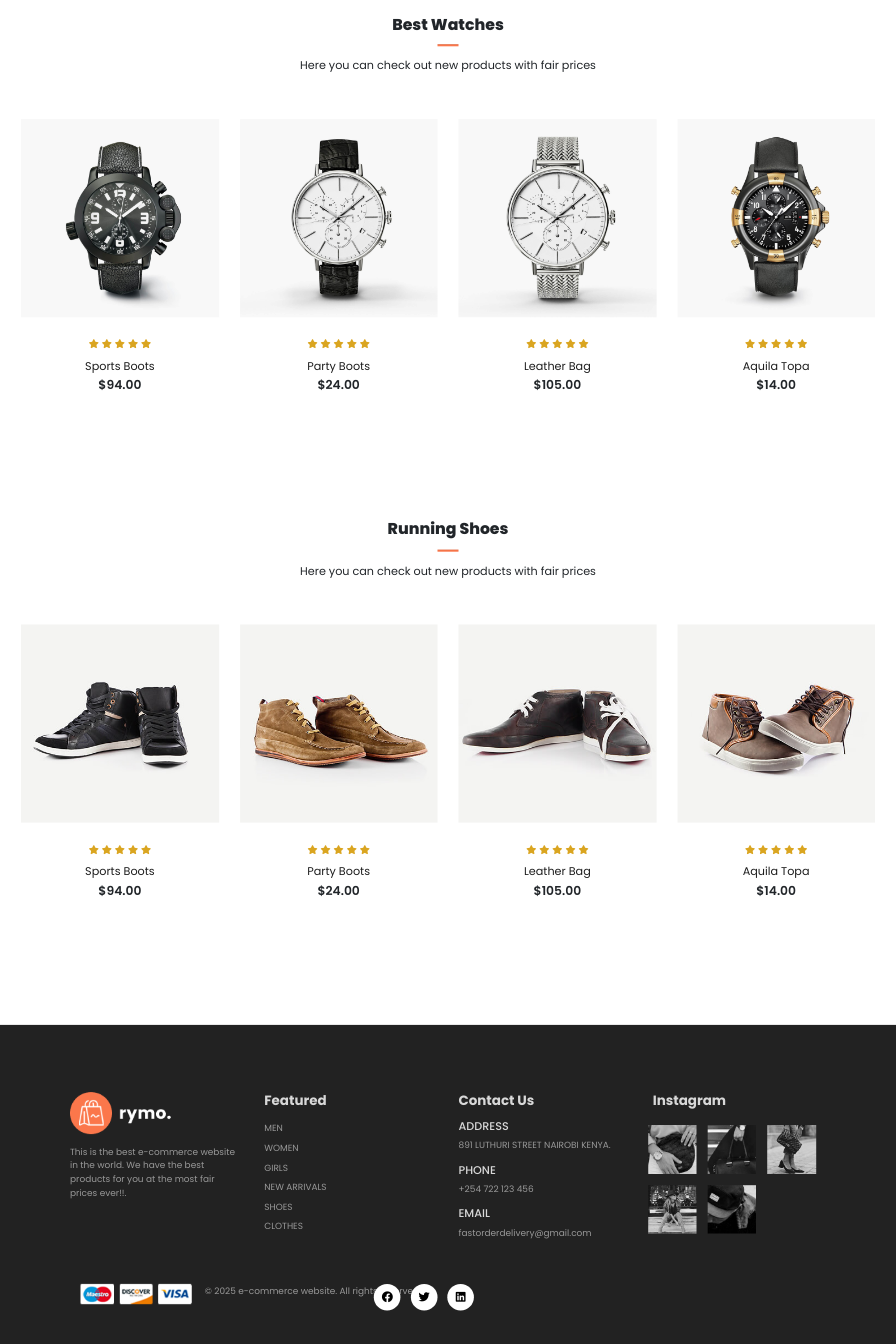
Repository: peter417waweru/e-commerce-UI
Page: index.html
An editor plug-in stored every save of this project. The page is shown before and after the next save, followed by the edit.
The browser window is 1280 px wide. The pictures show the part of the page from y = 3463 to 5383 px (the page is 5383 px tall), at 70% of full size.
Backgrounds fixed to the window are drawn as part of the page. Some web libraries are served in a nearby version.

Above is the page before, as saved 2025-02-08 09:44:10.

### index.html
<!DOCTYPE html>
<html lang="en">

    <head>
        <meta charset="UTF-8">
        <meta http-equiv="X-UA-Compatible" content="IE=edge">
        <meta name="viewport" content="width=device-width, initial-scale=1.0">
        <title>Ecommerce Website1</title>

        <link rel="stylesheet" href="https://cdn.jsdelivr.net/npm/bootstrap@4.1.3/dist/css/bootstrap.min.css"
         integrity="sha384-MCw98/SFnGE8fJT3GXwEOngsV7Zt27NXFoaoApmYm81iuXoPkFOJwJ8ERdknLPMO" crossorigin="anonymous">

        <link rel="stylesheet" href="https://pro.fontawesome.com/releases/v5.10.0/css/all.css" />

        <link rel="stylesheet" href="./style.css">
    </head>

    <body>

        <nav class="navbar navbar-expand-lg navbar-light bg-light py-3 fixed-top">
            <div class="container">
              <img src="img/logo1.png" alt="">
              <button class="navbar-toggler" type="button" data-bs-toggle="collapse" data-bs-target="#navbarSupportedContent" aria-controls="navbarSupportedContent" aria-expanded="false" aria-label="Toggle navigation">
                <span><i id="bar" class="fas fa-bars"></i></span>
              </button>
              <div class="collapse navbar-collapse" id="navbarSupportedContent">
                <ul class="navbar-nav ml-auto">
                  <li class="nav-item">
                    <a class="nav-link active" aria-current="page" href="#">Home</a>
                  </li>
                  <li class="nav-item">
                    <a class="nav-link" aria-current="page" href="#">Shop</a>
                  </li>
                  <li class="nav-item">
                    <a class="nav-link" aria-current="page" href="#">Blog</a>
                  </li>
                  <li class="nav-item">
                    <a class="nav-link" aria-current="page" href="#">About</a>
                  </li>
                  <li class="nav-item">
                    <a class="nav-link" aria-current="page" href="#">Contact Us</a>
                  </li>
                  <li class="nav-item">
                    <i class="fal fa-search"></i>
                    <i class="fal fa-shopping-bag"></i>
                  </li>


                </ul>

              </div>
            </div>
        </nav>


        <section id="home">
          <div class="container">
            <h5>NEW ARRIVALS</h5>
            <h1><span>Best Price</span> This year</h1>
            <p>Shop today with us for the best offers delivered to your doorsteps <br>
               within seconds.
            </p>
            <button>Shop Now</button>
          </div>
        </section>

        <section id="brand" class="container">
          <div class="row m-0 py-5">
            <img class="img-fluid col-lg-2 col-md-4 col-sm-6" src="img/brand/1.png" alt="">
            <img class="img-fluid col-lg-2 col-md-4 col-sm-6" src="img/brand/2.png" alt="">
            <img class="img-fluid col-lg-2 col-md-4 col-sm-6" src="img/brand/3.png" alt="">
            <img class="img-fluid col-lg-2 col-md-4 col-sm-6" src="img/brand/4.png" alt="">
            <img class="img-fluid col-lg-2 col-md-4 col-sm-6" src="img/brand/5.png" alt="">
            <img class="img-fluid col-lg-2 col-md-4 col-sm-6" src="img/brand/6.png" alt="">
          </div>
        </section>

        <section id="new" class="w-100">
          <div class="row p-0 m-0">
            <div class="one col-lg-4 col-md-12 col-sm-12 p-0">
              <img class="img-fluid" src="img/new/1.jpg" alt="">
              <div class="details">
                <h2>Extreme Rare Sneakers</h2>
                <button class="text-uppercase">shop now</button>
              </div>
            </div>
            <div class="one col-lg-4 col-md-12 col-sm-12 p-0">
              <img class="img-fluid" src="img/new/5.jpg" alt="">
              <div class="details">
                <h2>Awesome blank outfit</h2>
                <button class="text-uppercase">shop now</button>
              </div>
            </div>
            <div class="one col-lg-4 col-md-12 col-sm-12 p-0">
              <img class="img-fluid" src="img/new/3.jpg" alt="">
              <div class="details">
                <h2>Sportwear upto 50% off</h2>
                <button class="text-uppercase">shop now</button>
              </div>
            </div>
          </div>
        </section>

        <section id="featured" class="my-5 pb-5">
          <div class="container text-center mt-5 py-5">
            <h3>Our Featured</h3>
            <hr class="mx-auto">
            <p>Here you can check out our new products with the most fair prices</p>
          </div>
          <div class="row mx-auto container-fluid">
            <div class="product text-center col-lg-3 col-md-4 col-12">
              <img class="img-fluid mb-3" src="img/featured/1.jpg" alt="">
              <div class="star">
                <i class="fas fa-star"></i>
                <i class="fas fa-star"></i>
                <i class="fas fa-star"></i>
                <i class="fas fa-star"></i>
                <i class="fas fa-star"></i>
              </div>
              <h5 class="p-name">Sports Boots</h5>
              <h4 class="p-price">$94.00</h4>
              <button class="buy-btn">Buy Now</button>
            </div>
            <div class="product text-center col-lg-3 col-md-4 col-12">
              <img class="img-fluid mb-3" src="img/featured/2.jpg" alt="">
              <div class="star">
                <i class="fas fa-star"></i>
                <i class="fas fa-star"></i>
                <i class="fas fa-star"></i>
                <i class="fas fa-star"></i>
                <i class="fas fa-star"></i>
              </div>
              <h5 class="p-name">Party Boots</h5>
              <h4 class="p-price">$24.00</h4>
              <button class="buy-btn">Buy Now</button>
            </div>
            <div class="product text-center col-lg-3 col-md-4 col-12">
              <img class="img-fluid mb-3" src="img/featured/3.jpg" alt="">
              <div class="star">
                <i class="fas fa-star"></i>
                <i class="fas fa-star"></i>
                <i class="fas fa-star"></i>
                <i class="fas fa-star"></i>
                <i class="fas fa-star"></i>
              </div>
              <h5 class="p-name">Leather Bag</h5>
              <h4 class="p-price">$105.00</h4>
              <button class="buy-btn">Buy Now</button>
            </div>
            <div class="product text-center col-lg-3 col-md-4 col-12">
              <img class="img-fluid mb-3" src="img/featured/4.jpg" alt="">
              <div class="star">
                <i class="fas fa-star"></i>
                <i class="fas fa-star"></i>
                <i class="fas fa-star"></i>
                <i class="fas fa-star"></i>
                <i class="fas fa-star"></i>
              </div>
              <h5 class="p-name">Aquila Topa</h5>
              <h4 class="p-price">$14.00</h4>
              <button class="buy-btn">Buy Now</button>
            </div>
          </div>
        </section>

        <section id="banner" class="my-5 py-3">
          <div class="container">
            <h4>MID SEASON SALES</h4>
            <h1>Autumn Collection <br>
              UP TO 20% OFF
            </h1>
            <button class="text-uppercase">Shop Now</button>
          </div>
        </section>

        <section id="clothes" class="my-5">
          <div class="container text-center mt-5 py-5">
            <h3>Dresses and jumpsuits</h3>
            <hr class="mx-auto">
            <p>Here you can check out new products with fair prices</p>
          </div>
          <div class="row mx-auto container-fluid">
            <div class="product text-center col-lg-3 col-md-4 col-12">
              <img class="img-fluid mb-3" src="img/clothes/1.jpg" alt="">
              <div class="star">
                <i class="fas fa-star"></i>
                <i class="fas fa-star"></i>
                <i class="fas fa-star"></i>
                <i class="fas fa-star"></i>
                <i class="fas fa-star"></i>
              </div>
              <h5 class="p-name">Sports Boots</h5>
              <h4 class="p-price">$94.00</h4>
              <button class="buy-btn">Buy Now</button>
            </div>
            <div class="product text-center col-lg-3 col-md-4 col-12">
              <img class="img-fluid mb-3" src="img/clothes/2.jpg" alt="">
              <div class="star">
                <i class="fas fa-star"></i>
                <i class="fas fa-star"></i>
                <i class="fas fa-star"></i>
                <i class="fas fa-star"></i>
                <i class="fas fa-star"></i>
              </div>
              <h5 class="p-name">Party Boots</h5>
              <h4 class="p-price">$24.00</h4>
              <button class="buy-btn">Buy Now</button>
            </div>
            <div class="product text-center col-lg-3 col-md-4 col-12">
              <img class="img-fluid mb-3" src="img/clothes/3.jpg" alt="">
              <div class="star">
                <i class="fas fa-star"></i>
                <i class="fas fa-star"></i>
                <i class="fas fa-star"></i>
                <i class="fas fa-star"></i>
                <i class="fas fa-star"></i>
              </div>
              <h5 class="p-name">Leather Bag</h5>
              <h4 class="p-price">$105.00</h4>
              <button class="buy-btn">Buy Now</button>
            </div>
            <div class="product text-center col-lg-3 col-md-4 col-12">
              <img class="img-fluid mb-3" src="img/clothes/1.jpg" alt="">
              <div class="star">
                <i class="fas fa-star"></i>
                <i class="fas fa-star"></i>
                <i class="fas fa-star"></i>
                <i class="fas fa-star"></i>
                <i class="fas fa-star"></i>
              </div>
              <h5 class="p-name">Aquila Topa</h5>
              <h4 class="p-price">$14.00</h4>
              <button class="buy-btn">Buy Now</button>
            </div>
          </div>
        </section>

        <section id="watches" class="my-5">
          <div class="container text-center mt-5 py-5">
            <h3>Best Watches</h3>
            <hr class="mx-auto">
            <p>Here you can check out new products with fair prices</p>
          </div>
          <div class="row mx-auto container-fluid">
            <div class="product text-center col-lg-3 col-md-4 col-12">
              <img class="img-fluid mb-3" src="img/watches/1.jpg" alt="">
              <div class="star">
                <i class="fas fa-star"></i>
                <i class="fas fa-star"></i>
                <i class="fas fa-star"></i>
                <i class="fas fa-star"></i>
                <i class="fas fa-star"></i>
              </div>
              <h5 class="p-name">Sports Boots</h5>
              <h4 class="p-price">$94.00</h4>
              <button class="buy-btn">Buy Now</button>
            </div>
            <div class="product text-center col-lg-3 col-md-4 col-12">
              <img class="img-fluid mb-3" src="img/watches/2.jpg" alt="">
              <div class="star">
                <i class="fas fa-star"></i>
                <i class="fas fa-star"></i>
                <i class="fas fa-star"></i>
                <i class="fas fa-star"></i>
                <i class="fas fa-star"></i>
              </div>
              <h5 class="p-name">Party Boots</h5>
              <h4 class="p-price">$24.00</h4>
              <button class="buy-btn">Buy Now</button>
            </div>
            <div class="product text-center col-lg-3 col-md-4 col-12">
              <img class="img-fluid mb-3" src="img/watches/3.jpg" alt="">
              <div class="star">
                <i class="fas fa-star"></i>
                <i class="fas fa-star"></i>
                <i class="fas fa-star"></i>
                <i class="fas fa-star"></i>
                <i class="fas fa-star"></i>
              </div>
              <h5 class="p-name">Leather Bag</h5>
              <h4 class="p-price">$105.00</h4>
              <button class="buy-btn">Buy Now</button>
            </div>
            <div class="product text-center col-lg-3 col-md-4 col-12">
              <img class="img-fluid mb-3" src="img/watches/4.jpg" alt="">
              <div class="star">
                <i class="fas fa-star"></i>
                <i class="fas fa-star"></i>
                <i class="fas fa-star"></i>
                <i class="fas fa-star"></i>
                <i class="fas fa-star"></i>
              </div>
              <h5 class="p-name">Aquila Topa</h5>
              <h4 class="p-price">$14.00</h4>
              <button class="buy-btn">Buy Now</button>
            </div>
          </div>
        </section>

        <section id="shoes" class="my-5 pb-5">
          <div class="container text-center mt-5 py-5">
            <h3>Running Shoes</h3>
            <hr class="mx-auto">
            <p>Here you can check out new products with fair prices</p>
          </div>
          <div class="row mx-auto container-fluid">
            <div class="product text-center col-lg-3 col-md-4 col-12">
              <img class="img-fluid mb-3" src="img/shoes/8.jpg" alt="">
              <div class="star">
                <i class="fas fa-star"></i>
                <i class="fas fa-star"></i>
                <i class="fas fa-star"></i>
                <i class="fas fa-star"></i>
                <i class="fas fa-star"></i>
              </div>
              <h5 class="p-name">Sports Boots</h5>
              <h4 class="p-price">$94.00</h4>
              <button class="buy-btn">Buy Now</button>
            </div>
            <div class="product text-center col-lg-3 col-md-4 col-12">
              <img class="img-fluid mb-3" src="img/shoes/7.jpg" alt="">
              <div class="star">
                <i class="fas fa-star"></i>
                <i class="fas fa-star"></i>
                <i class="fas fa-star"></i>
                <i class="fas fa-star"></i>
                <i class="fas fa-star"></i>
              </div>
              <h5 class="p-name">Party Boots</h5>
              <h4 class="p-price">$24.00</h4>
              <button class="buy-btn">Buy Now</button>
            </div>
            <div class="product text-center col-lg-3 col-md-4 col-12">
              <img class="img-fluid mb-3" src="img/shoes/6.jpg" alt="">
              <div class="star">
                <i class="fas fa-star"></i>
                <i class="fas fa-star"></i>
                <i class="fas fa-star"></i>
                <i class="fas fa-star"></i>
                <i class="fas fa-star"></i>
              </div>
              <h5 class="p-name">Leather Bag</h5>
              <h4 class="p-price">$105.00</h4>
              <button class="buy-btn">Buy Now</button>
            </div>
            <div class="product text-center col-lg-3 col-md-4 col-12">
              <img class="img-fluid mb-3" src="img/shoes/5.jpg" alt="">
              <div class="star">
                <i class="fas fa-star"></i>
                <i class="fas fa-star"></i>
                <i class="fas fa-star"></i>
                <i class="fas fa-star"></i>
                <i class="fas fa-star"></i>
              </div>
              <h5 class="p-name">Aquila Topa</h5>
              <h4 class="p-price">$14.00</h4>
              <button class="buy-btn">Buy Now</button>
            </div>
          </div>
        </section>

        <footer class="mt-5 py-5">
          <div class="row container mx-auto pt-5">
            <div class="footer-one col-lg-3 col-md-6 col-12">
              <img src="img/logo2.png" alt="">
              <p class="pt-3">This is the best e-commerce website in the world.
                 We have the best products for you at the most fair prices ever!!.</p>
            </div>
            <div class="footer-one col-lg-3 col-md-6 col-12">
              <h4 class="pb-2">Featured</h4>
              <ul class="text-uppercase list-unstyled">
                <li><a href="#">men</a></li>
                <li><a href="#">women</a></li>
                <li><a href="#">girls</a></li>
                <li><a href="#">new arrivals</a></li>
                <li><a href="#">shoes</a></li>
                <li><a href="#">clothes</a></li>
              </ul>
            </div>
            <div class="footer-one col-lg-3 col-md-6 col-12">
              <h4 class="pb-2">Contact Us</h4>
              <div>
                <h6 class="text-uppercase">Address</h6>
              <p>891 LUTHURI STREET NAIROBI KENYA.</p>
              </div>
              <div>
                <h6 class="text-uppercase">Phone</h6>
              <p>+254 722 123 456</p>
              </div>
              <div>
                <h6 class="text-uppercase">Email</h6>
              <p>fastorderdelivery@gmail.com</p>
              </div>
            </div>
            <div class="footer-one col-lg-3 col-md-6 col-12">
              <h4 class="pb-2">Instagram</h4>
              <div class="row">
                <img class="img-fluid w-25 h-100 m-2" src="img/insta/1.jpg" alt="">
                <img class="img-fluid w-25 h-100 m-2" src="img/insta/2.jpg" alt="">
                <img class="img-fluid w-25 h-100 m-2" src="img/insta/3.jpg" alt="">
                <img class="img-fluid w-25 h-100 m-2" src="img/insta/4.jpg" alt="">
                <img class="img-fluid w-25 h-100 m-2" src="img/insta/5.jpg" alt="">
              </div>
            </div>
            <div class="copyright mt-5">
              <div class="row container mx-auto">
                <div class="col-lg-3 col-md-6 col-12">
                  <img src="img/payment.png" alt="">
                </div>
                <div class="col-lg-4 col-md-6 col-12 text-nowrap">
                  <p>© 2025 e-commerce website. All rights reserved.</p>
                </div>
                <div class="col-lg-4 col-md-6 col-12">
                  <a href=""><i class="fab fa-facebook"></i></a>
                  <a href=""><i class="fab fa-twitter"></i></a>
                  <a href=""><i class="fab fa-linkedin"></i></a>
                </div>
              </div>
            </div>
          </div>
        </footer>





        <script src="https://cdn.jsdelivr.net/npm/@popperjs/core@2.9.1/dist/umd/popper.min.js"
            integrity="sha384-SR1sx49pcuLnqZUnnPwx6FCym0wLsk5JZuNx2bPPENzswTNFaQU1RDvt3wT4gWFG"
            crossorigin="anonymous"></script>
        <script src="https://cdn.jsdelivr.net/npm/bootstrap@5.0.0-beta3/dist/js/bootstrap.min.js"
            integrity="sha384-j0CNLUeiqtyaRmlzUHCPZ+Gy5fQu0dQ6eZ/xAww941Ai1SxSY+0EQqNXNE6DZiVc"
            crossorigin="anonymous"></script>
    </body>

</html>

Loaded but not shown: style.css (339 lines, source omitted)

After the next save:
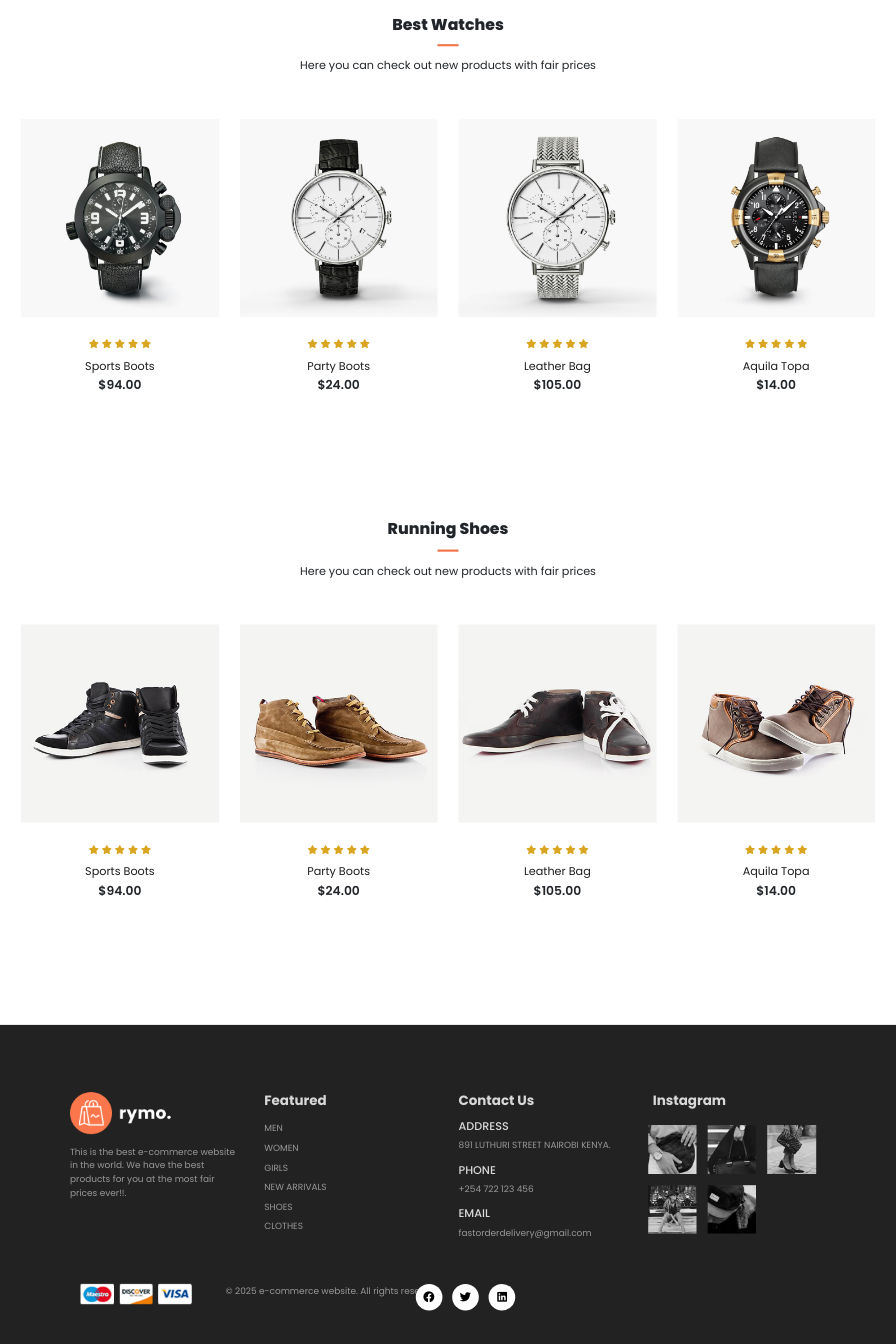
Saved 3 min 52 s later.
--- a/index.html
+++ b/index.html
@@ -403,7 +403,7 @@
               </div>
             </div>
             <div class="copyright mt-5">
-              <div class="row container mx-auto">
+              <div class="row container mx-auto justify-content-between">
                 <div class="col-lg-3 col-md-6 col-12">
                   <img src="img/payment.png" alt="">
                 </div>
@@ -411,9 +411,9 @@
                   <p>© 2025 e-commerce website. All rights reserved.</p>
                 </div>
                 <div class="col-lg-4 col-md-6 col-12">
-                  <a href=""><i class="fab fa-facebook"></i></a>
-                  <a href=""><i class="fab fa-twitter"></i></a>
-                  <a href=""><i class="fab fa-linkedin"></i></a>
+                  <a href="#"><i class="fab fa-facebook"></i></a>
+                  <a href="#"><i class="fab fa-twitter"></i></a>
+                  <a href="#"><i class="fab fa-linkedin"></i></a>
                 </div>
               </div>
             </div>
